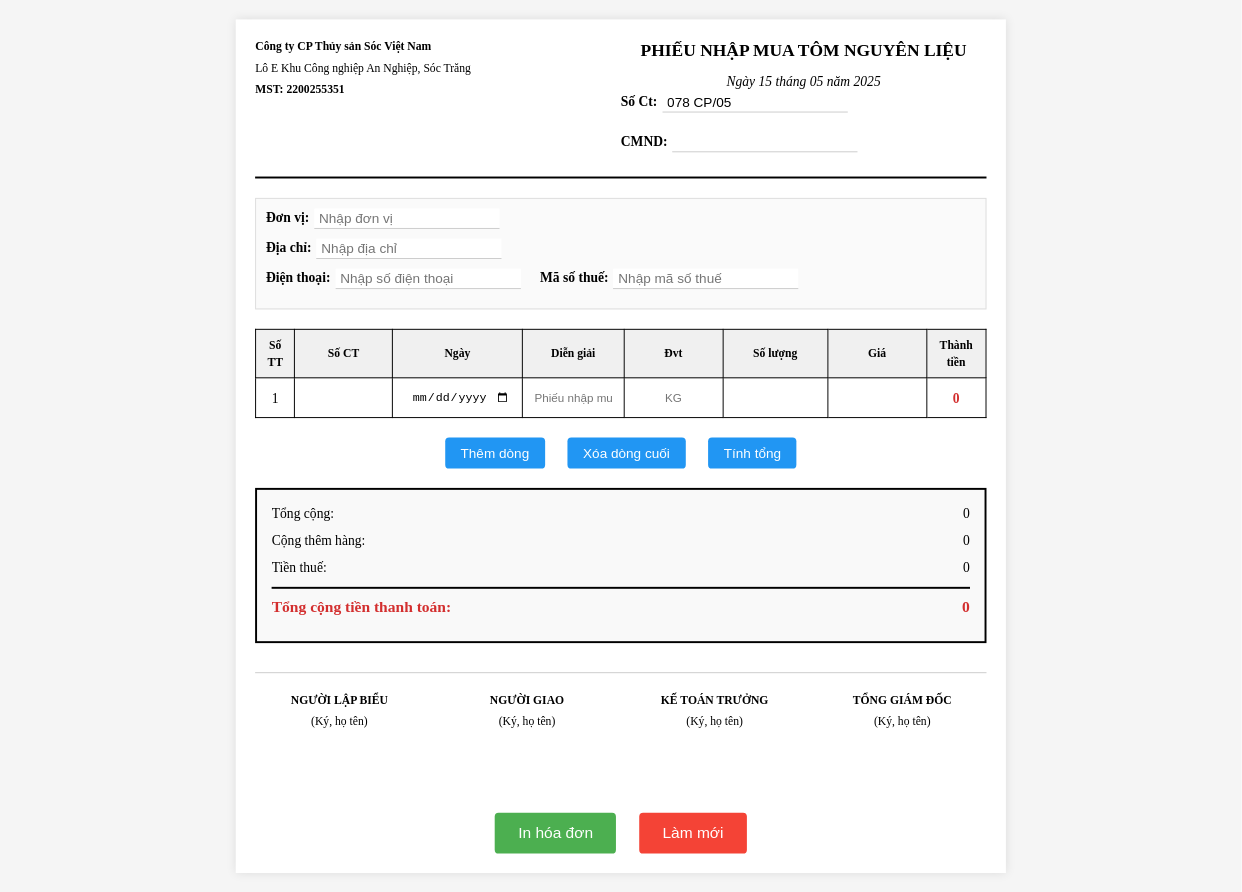
Repository: manhtuong0503/tom-nguyen-lieu
Page: index.html
An editor plug-in stored every save of this project. The page is shown before and after the next save, followed by the edit.
The browser window is 1280 px wide. The pictures show the whole page, at 97% of full size.

Above is the page before, as saved 2025-07-30 21:58:17.
Console error: TypeError: Cannot set properties of null (setting 'textContent')

After the next save:
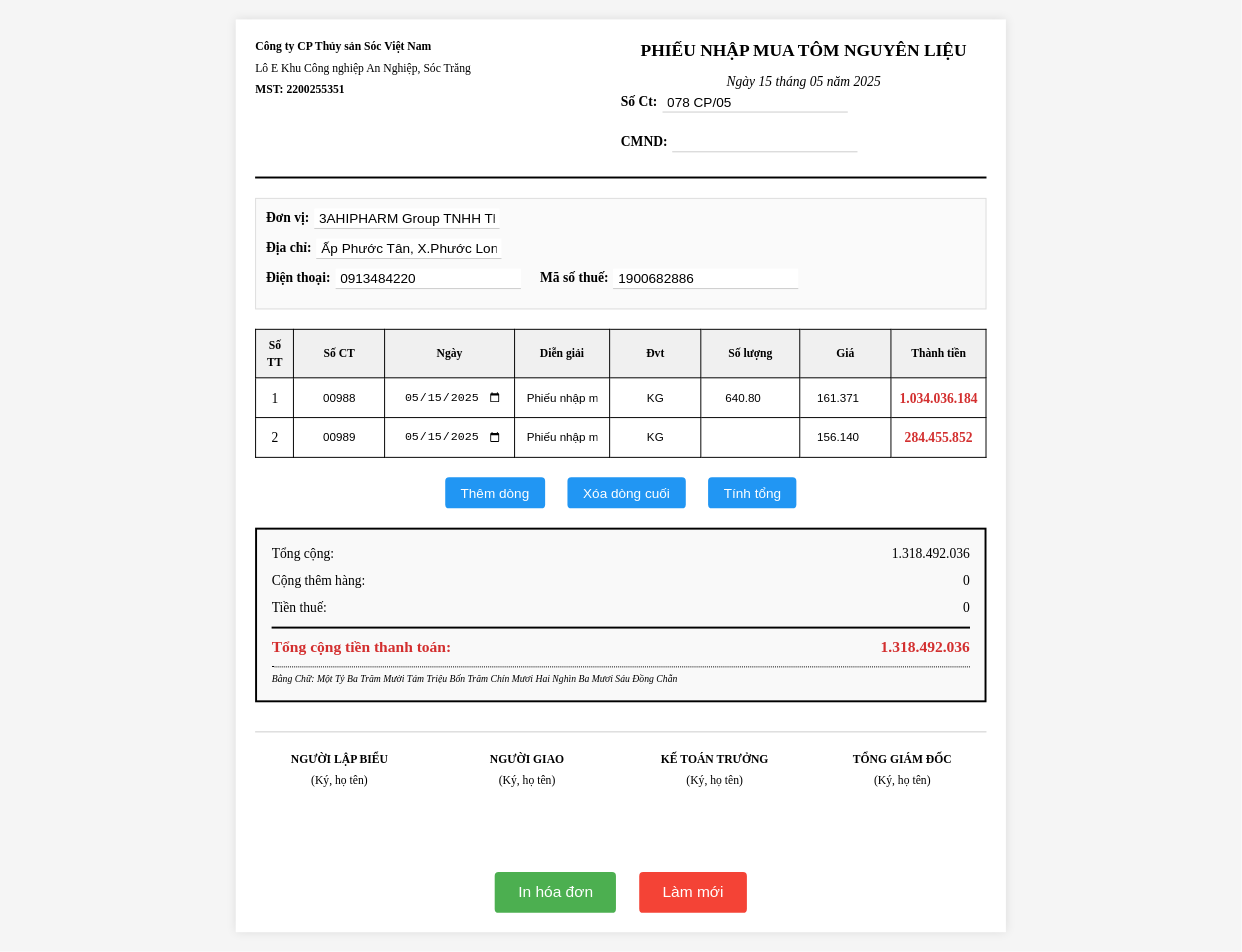
The error is gone.
Saved 23 s later.
--- a/script.js
+++ b/script.js
@@ -5,11 +5,52 @@ document.addEventListener('DOMContentLoaded', function() {
 
 // Khởi tạo ứng dụng
 function initializeApp() {
-    setCurrentDate();
-    generateInvoiceNumber();
+    // Không cần set ngày hiện tại vì đã có sẵn trong HTML
 
     // Thiết lập sự kiện cho các input
     setupEventListeners();
+
+    // Điền sẵn một số dữ liệu mẫu như trong phiếu
+    fillSampleData();
+}
+
+// Điền dữ liệu mẫu
+function fillSampleData() {
+    // Điền thông tin đơn vị
+    document.getElementById('donVi').value = '3AHIPHARM Group TNHH Thủy Sản Hào Lộc Phát';
+    document.getElementById('diaChi').value = 'Ấp Phước Tân, X.Phước Long, H.Phước Long, T.Bạc Liêu, VN';
+    document.getElementById('dienThoai').value = '0913484220';
+    document.getElementById('maSoThue').value = '1900682886';
+
+    // Điền dữ liệu mẫu cho bảng
+    const tbody = document.getElementById('invoice-items');
+    tbody.innerHTML = `
+        <tr>
+            <td>1</td>
+            <td><input type="text" class="item-input" name="soCt" value="00988"></td>
+            <td><input type="date" class="item-input" name="ngay" value="2025-05-15"></td>
+            <td><input type="text" class="item-input" name="dienGiai" value="Phiếu nhập mua tôm nguyên liệu"></td>
+            <td><input type="text" class="item-input" name="dvt" value="KG"></td>
+            <td><input type="number" class="item-input" name="soLuong" step="0.01" value="640.80" onchange="calculateRowTotal(this)"></td>
+            <td><input type="number" class="item-input" name="gia" step="0.01" value="161.371" onchange="calculateRowTotal(this)"></td>
+            <td class="thanh-tien">1.034.036.184</td>
+        </tr>
+        <tr>
+            <td>2</td>
+            <td><input type="text" class="item-input" name="soCt" value="00989"></td>
+            <td><input type="date" class="item-input" name="ngay" value="2025-05-15"></td>
+            <td><input type="text" class="item-input" name="dienGiai" value="Phiếu nhập mua tôm nguyên liệu"></td>
+            <td><input type="text" class="item-input" name="dvt" value="KG"></td>
+            <td><input type="number" class="item-input" name="soLuong" step="0.01" value="1.821.80" onchange="calculateRowTotal(this)"></td>
+            <td><input type="number" class="item-input" name="gia" step="0.01" value="156.140" onchange="calculateRowTotal(this)"></td>
+            <td class="thanh-tien">284.455.852</td>
+        </tr>
+    `;
+
+    // Tính tổng
+    setTimeout(() => {
+        calculateTotal();
+    }, 100);
 }
 
 // Thiết lập ngày hiện tại
